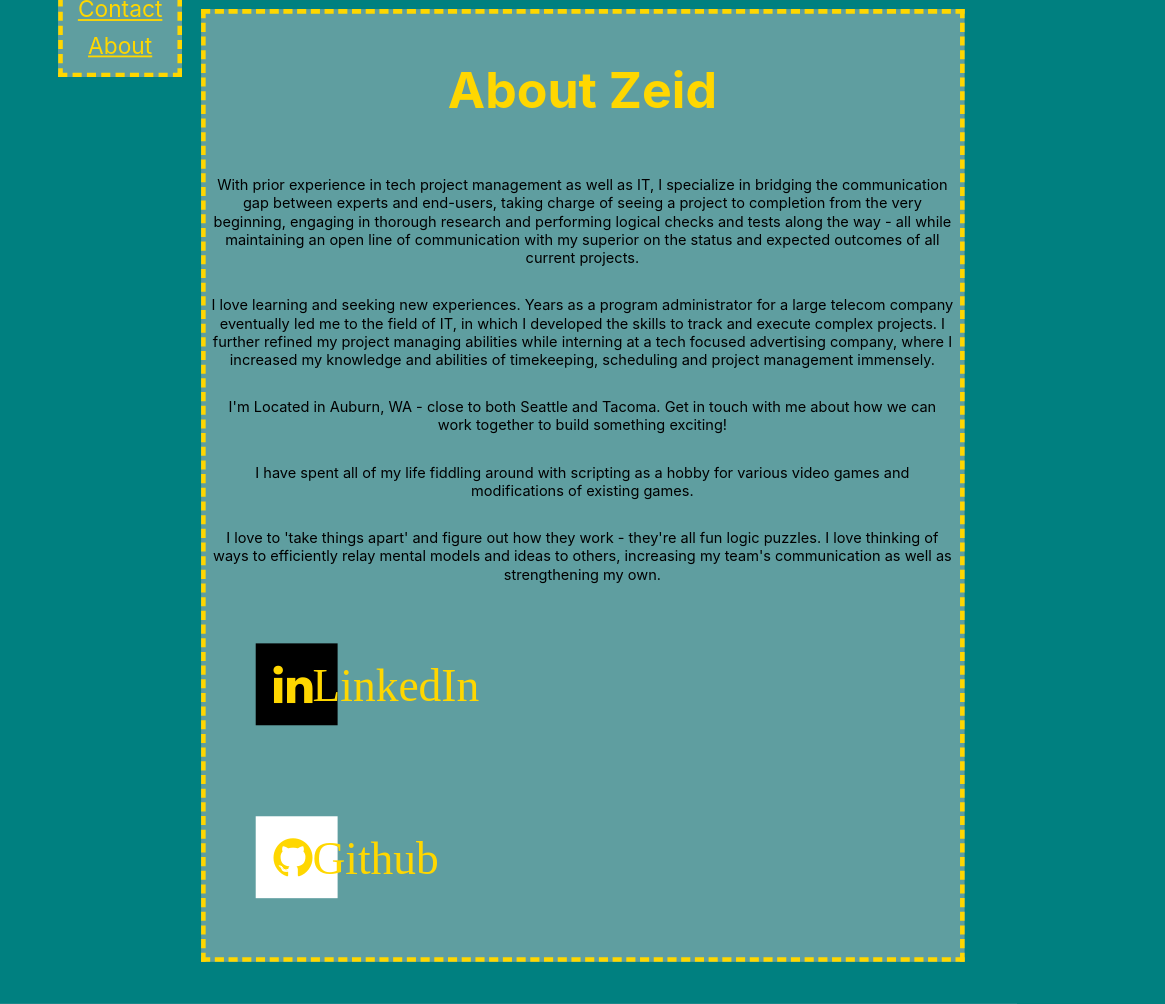
Repository: zeidalidiez/portfolioreact
Page: /
These files come from the project's save history. The page is drawn as it stood at one moment and after the next save; the edit follows.
The browser window is 1280 px wide. The pictures show the whole page, at 91% of full size.
The project was rebuilt for these pictures with package versions that can differ from the ones it lists, and the page was loaded fresh each time. Also part of the build but not shown: src/components/Thumbnail.js, src/components/Projects.js, src/components/Contact.js.

Above is the page before, as saved 2021-02-08 19:01:50.

After the next save:
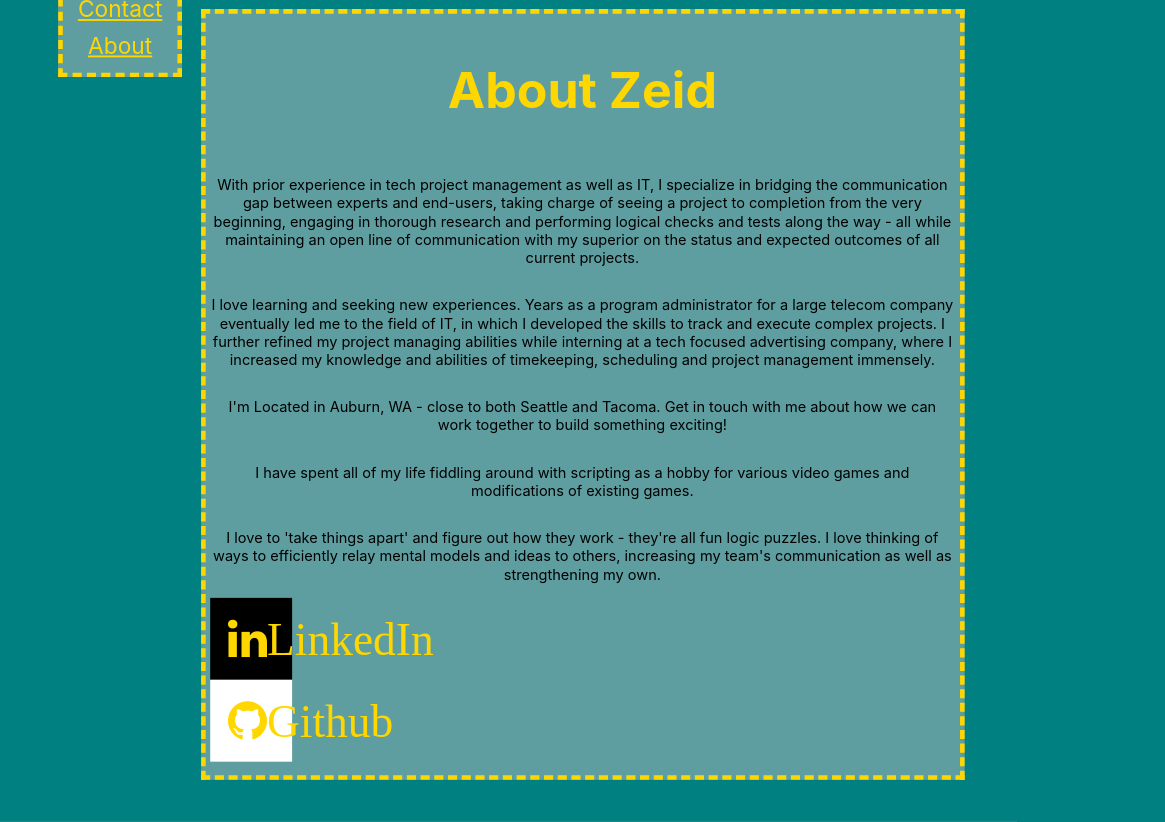
Saved 38 s later.
--- a/src/components/App.css
+++ b/src/components/App.css
@@ -132,7 +132,6 @@ form {
 /* Style all font awesome icons */
 .fa {
   padding: 20px;
-  margin: 50px;
   font-size: 50px;
   width: 50px;
   text-align: center;
